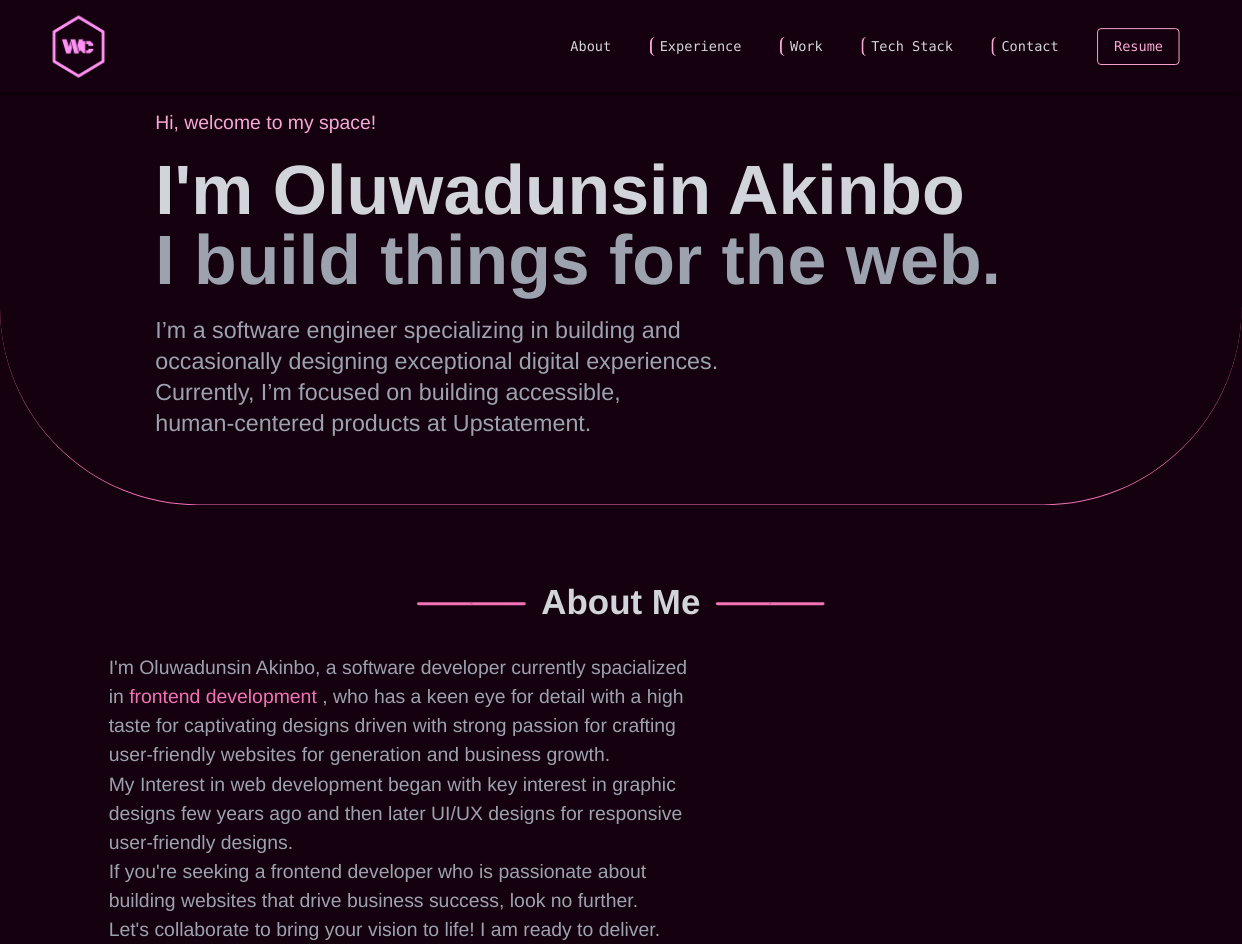
Repository: EmmyDunny1/myPortfolio
Page: / (app in MyPortfolio/)
The author's editor kept a copy of each file at every save. The page is drawn from the files as they stood at one save, then again after a run of saves.
The browser window is 1280 px wide. The pictures show the whole page, at 97% of full size.
The project was rebuilt for these pictures with package versions that can differ from the ones it lists, and the page was loaded fresh each time. Also part of the build but not shown: MyPortfolio/vite.config.js.

Above is the page before, as saved 2025-01-14 14:39:26.

### MyPortfolio/index.html
<!doctype html>
<html lang="en">
  <head>
    <meta charset="UTF-8" />
    <link rel="icon" type="image/svg+xml" href="/vite.svg" />
    <meta name="viewport" content="width=device-width, initial-scale=1.0" />
    <title>My Portfolio Website</title>
  </head>
  <body>
    <div id="root"></div>
    <script type="module" src="/src/main.jsx"></script>
  </body>
</html>

### MyPortfolio/src/index.css
@tailwind base;
@tailwind components;
@tailwind utilities;


body{

    max-width: 90rem;
  /* margin-left: 2rem;
  margin-right: 2rem; */
  background:   rgb(21, 0, 15);
  font-family: "Helvetica Neue";
  }

  img {
    width: 12rem;
    height: 7rem;
  }

  p{ font-size: 14px

  }

### MyPortfolio/src/App.jsx
import React from 'react'
import Navbar from './components/Navbar'
import HeroSection from './components/HeroSection'
import AboutMe from './components/AboutMe'
const App = () => {
  return (
    <div>
    <div className=''> <Navbar/> </div>
    <div className='mt-[7rem] border-b border-solid border-pink-400 rounded-full pb-[3rem]'><HeroSection/> </div>
    <div><AboutMe/></div>

    </div>
  )
}

export default App

### MyPortfolio/src/components/Navbar.jsx
import React from 'react'
import WEBCANIC from '../assets/WEBCANIC.png'

const Navbar = () => {
  return (
    <nav className="fixed top-0 left-0 w-full bg-dark-navy shadow-sm  shadow-black text-gray-300 z-10">
    <div className=" flex items-center justify-between py-4 mx-[4rem]">
      <div className="flex items-center">

          <img src={WEBCANIC} className='h-[4rem] w-[4rem] object-cover ml-[-10px]'  alt="" />

      </div>
      <div className="flex items-center space-x-8 ">
        <a
          href="#about"
          className="hover:text-green text-sm font-mono  border-solid border-pink-300 rounded-md px-2 ">
          <div>  </div>  About
        </a>
        <a
          href="#experience"
          className="hover:text-green text-sm font-mono border-l-2 border-solid border-pink-300 rounded-md px-2">
           Experience
        </a>
        <a
          href="#work"
          className="hover:text-green text-sm font-mono border-l-2 border-solid border-pink-300 rounded-md px-2">
           Work
        </a>
        <a
          href="#work"
          className="hover:text-green text-sm font-mono border-l-2 border-solid border-pink-300 rounded-md px-2">
           Tech Stack
        </a>
        <a
          href="#contact"
          className="hover:text-green text-sm font-mono border-l-2 border-solid border-pink-300 rounded-md px-2">
           Contact
        </a>
        <a
          href="/resume.pdf"
          download
          className="border border-green text-pink-300 px-4 py-2 rounded text-sm font-mono hover:bg-green hover:text-dark-navy hover:shadow-sm hover:shadow-gray-300 hover:border-gray-300 hover:text-gray-300 transition border-pink-300">
          Resume
        </a>
      </div>
    </div>
  </nav>
  )
}

export default Navbar

### MyPortfolio/src/components/HeroSection.jsx
import React from 'react'

const HeroSection = () => {
  return (
    <div className='block mx-[10rem] '>

      <div className=''>
        <span className='text-pink-300 text-xl '>Hi, welcome to my space!</span>
        <h1 className='text-7xl text-gray-300 pt-5 font-bold '>I'm Oluwadunsin Akinbo</h1>
        <h2 className='text-7xl text-gray-400 font-bold'>I build things for the web.</h2>

        <p className='text-2xl text-gray-400 py-5'>I’m a software engineer specializing in building and <br />occasionally designing exceptional digital experiences. <br />Currently, I’m focused on building accessible,<br /> human-centered products at Upstatement.</p>


      </div>

    </div>
  )
}

export default HeroSection

### MyPortfolio/src/components/AboutMe.jsx
import React from 'react'
import { FiMinus } from 'react-icons/fi'


const AboutMe = () => {
  return (
    <div className=' mx-[7rem] mt-[5rem]'>
      <div className='flex mx-auto justify-center align-center'>
      <FiMinus className='h-[2.5px] w-[7rem] mt-5 mr-4 rounded-2xl bg-pink-400'/>
        <h1 className='text-gray-300 text-4xl pb-[2rem] font-bold'>  About Me </h1>
         <FiMinus className='h-[2.5px] w-[7rem] mt-5 ml-4 rounded-2xl bg-pink-400'/>
      </div>
    <div className='flex'>
        <div className=''>
            <p className='text-gray-400 text-xl leading-normal justify-center'>I'm Oluwadunsin Akinbo, a software developer currently spacialized <br />in <span className='text-pink-400'>frontend development </span>
            , who has a keen eye for detail with a high <br />taste for captivating designs driven with strong passion for crafting <br />user-friendly websites for generation and business growth.
            <br />

               <span className='pt-10'>My Interest in web development began with key interest in graphic <br />designs few years ago and then later UI/UX designs for responsive <br />user-friendly designs.  </span>


              <br />If you're seeking a frontend developer who is passionate about <br /> building websites that drive business success, look no further.
<br />
              Let's collaborate to bring your vision to life! I am ready to deliver. </p>
        </div>
        <div></div>

    </div>

    </div>
  )
}

export default AboutMe

Loaded but not shown: MyPortfolio/src/main.jsx (common file); MyPortfolio/tailwind.config.js (common file)

After the next 5 saves:
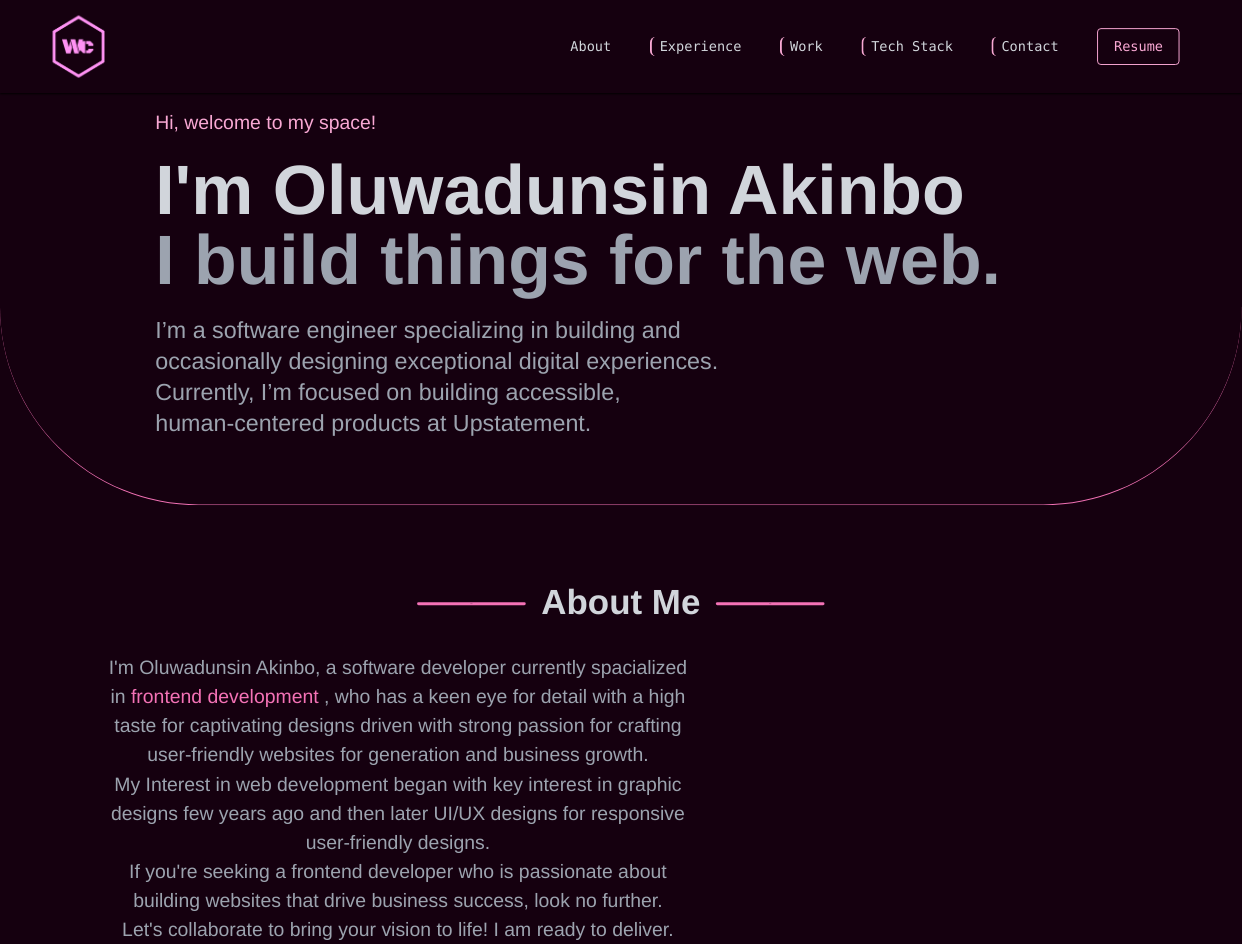
The 5 saves are shown as one change because they came seconds apart.
The last was saved 15 s later.
--- a/MyPortfolio/src/components/AboutMe.jsx
+++ b/MyPortfolio/src/components/AboutMe.jsx
@@ -12,7 +12,7 @@
       </div>
     <div className='flex'>
         <div className=''>
-            <p className='text-gray-400 text-xl leading-normal justify-center'>I'm Oluwadunsin Akinbo, a software developer currently spacialized <br />in <span className='text-pink-400'>frontend development </span>
+            <p className='text-gray-400 text-xl leading-normal justify-center text-center'>I'm Oluwadunsin Akinbo, a software developer currently spacialized <br />in <span className='text-pink-400'>frontend development </span>
             , who has a keen eye for detail with a high <br />taste for captivating designs driven with strong passion for crafting <br />user-friendly websites for generation and business growth.
             <br />
 

After the 2 saves that followed:
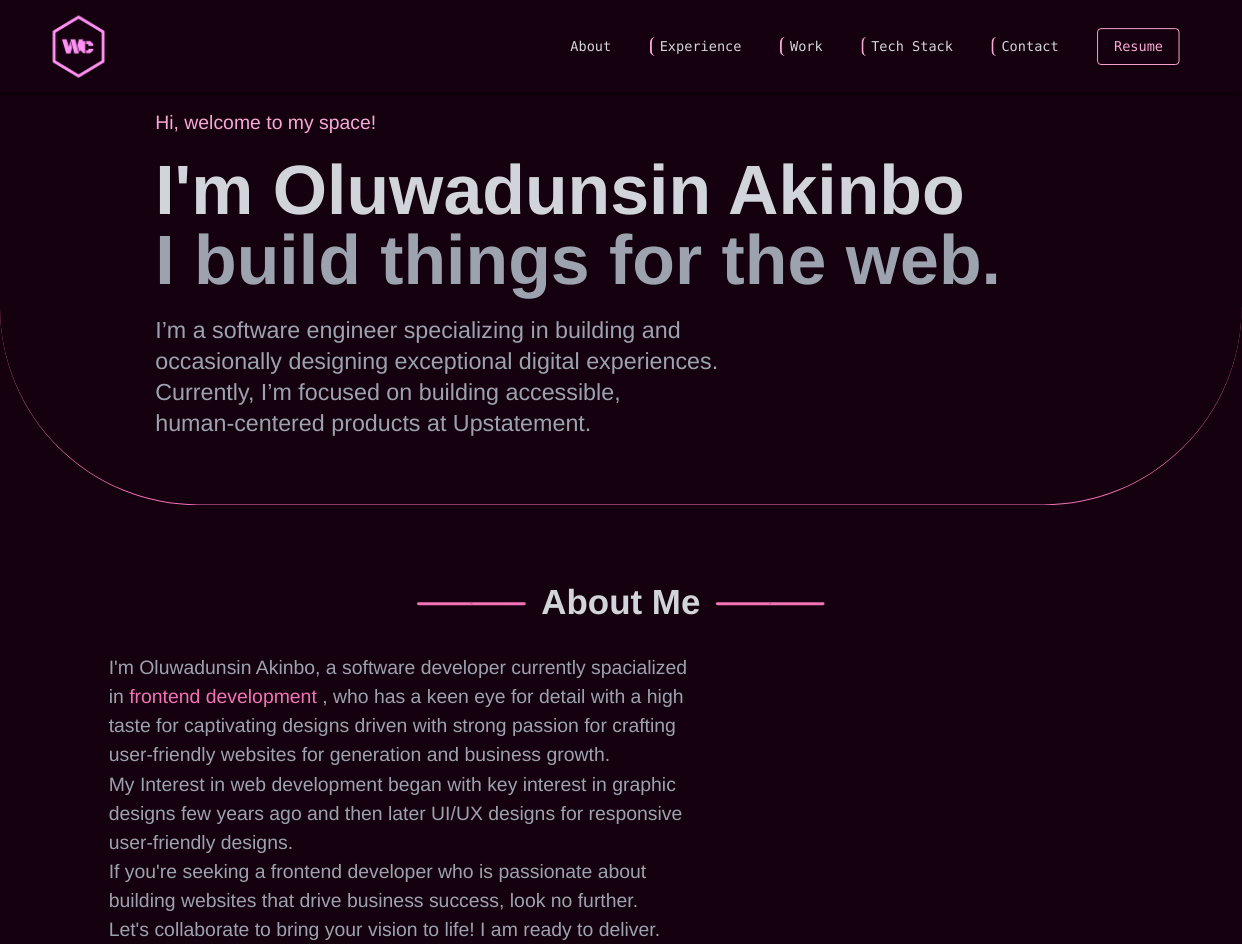
The 2 saves are shown as one change because they came seconds apart.
The last was saved 9 s later.
--- a/MyPortfolio/src/components/AboutMe.jsx
+++ b/MyPortfolio/src/components/AboutMe.jsx
@@ -12,7 +12,7 @@
       </div>
     <div className='flex'>
         <div className=''>
-            <p className='text-gray-400 text-xl leading-normal justify-center text-center'>I'm Oluwadunsin Akinbo, a software developer currently spacialized <br />in <span className='text-pink-400'>frontend development </span>
+            <p className='text-gray-400 text-xl leading-normal justify-center '>I'm Oluwadunsin Akinbo, a software developer currently spacialized <br />in <span className='text-pink-400'>frontend development </span>
             , who has a keen eye for detail with a high <br />taste for captivating designs driven with strong passion for crafting <br />user-friendly websites for generation and business growth.
             <br />
 
